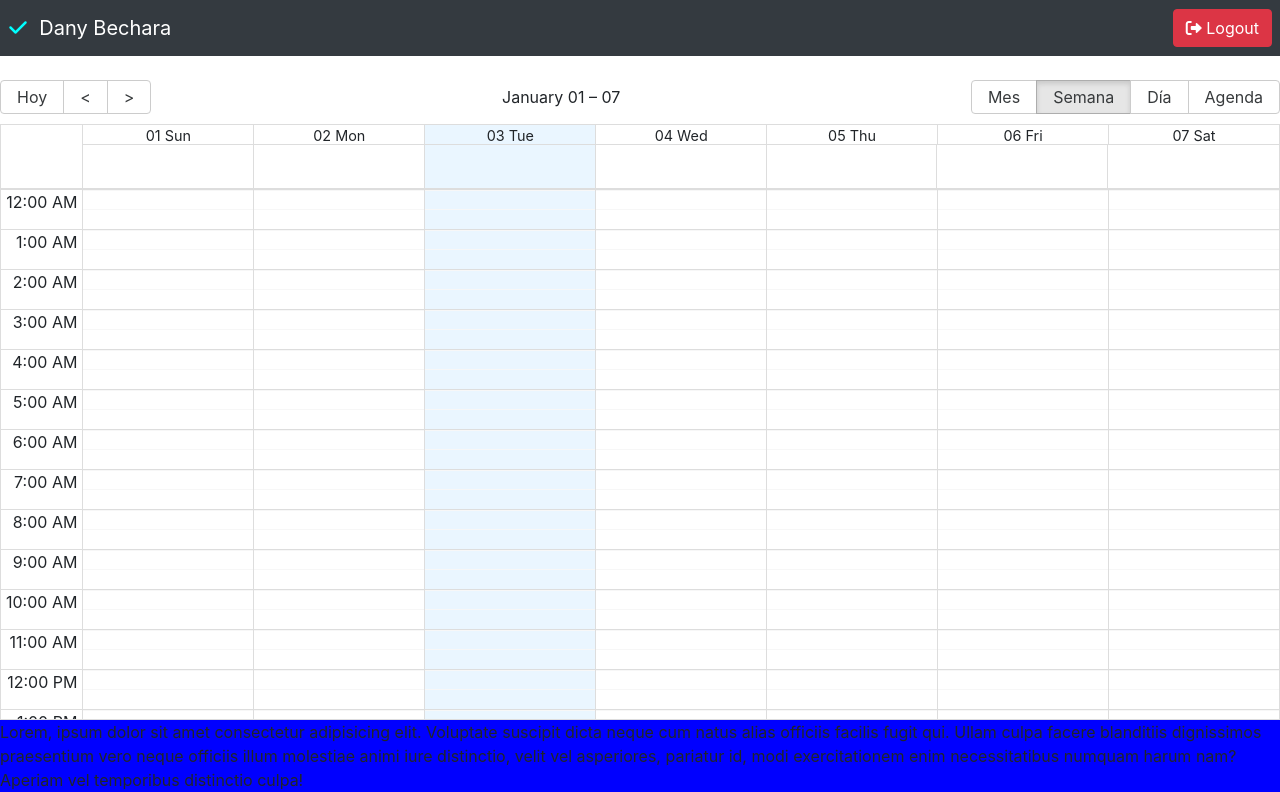
Repository: bechara611/calendar-frontend
Page: /
The author's editor kept a copy of each file at every save. The page is drawn from the files as they stood at one save, then again after the next save.
The browser window is 1280 px wide. The pictures show the whole page.
An inner scrolling area shows only its first screen. The project was rebuilt for these pictures with package versions that can differ from the ones it lists, and the page was loaded fresh each time. Also part of the build but not shown: vite.config.js. Imported but missing from the stored project, and not drawn on this page: src/auth.

Above is the page before, as saved 2023-01-04 19:19:41.

After the next save:
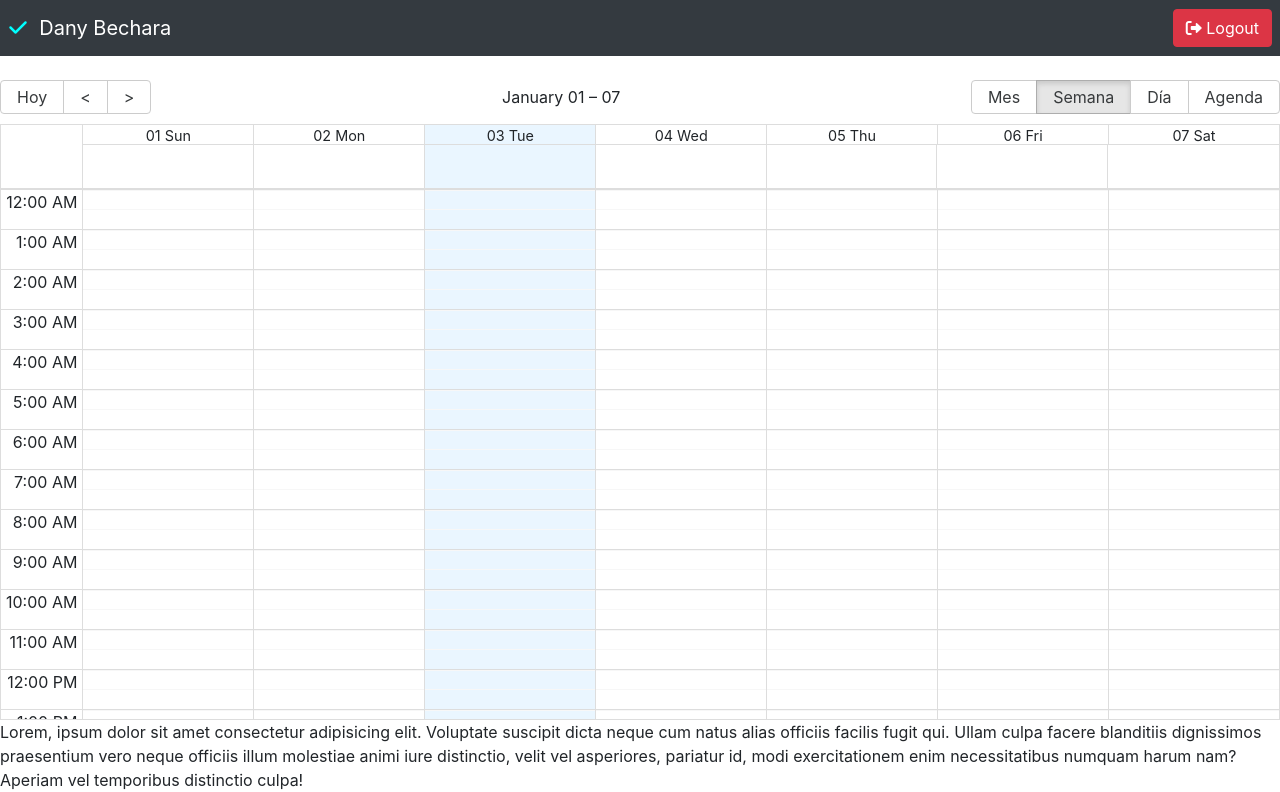
Saved 98 s later.
--- a/src/styles.css
+++ b/src/styles.css
@@ -1,3 +1,3 @@
 :root {
-    --main-bg-colorRed: blue;
+    --ColorAzul: blue;
   }

After the 2 saves that followed:
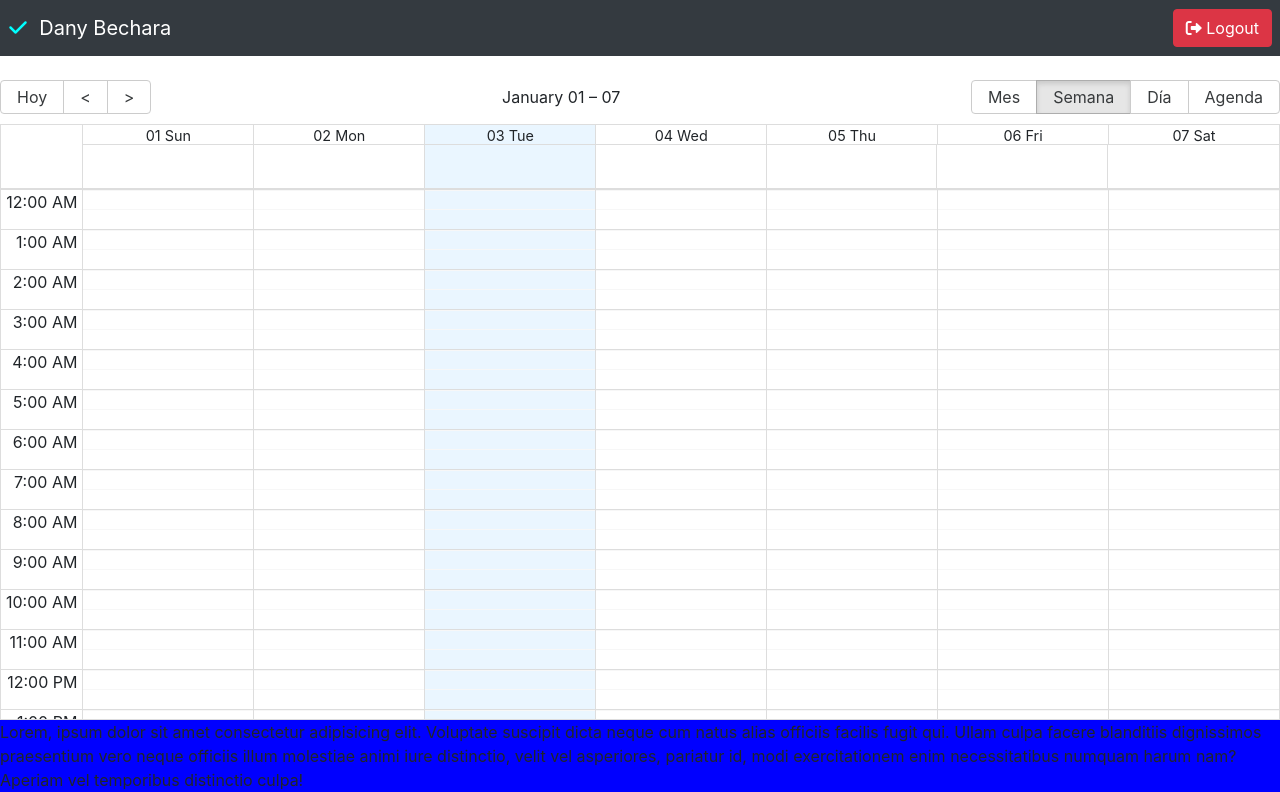
The 2 saves are shown as one change because 1 left the picture as it was.
The last was saved 12 s later.
--- a/src/styles2.css
+++ b/src/styles2.css
@@ -1,2 +1,2 @@
 
-.cajita{background: var(--main-bg-colorRed);}
+.cajita{background: var(--ColorAzul);}
